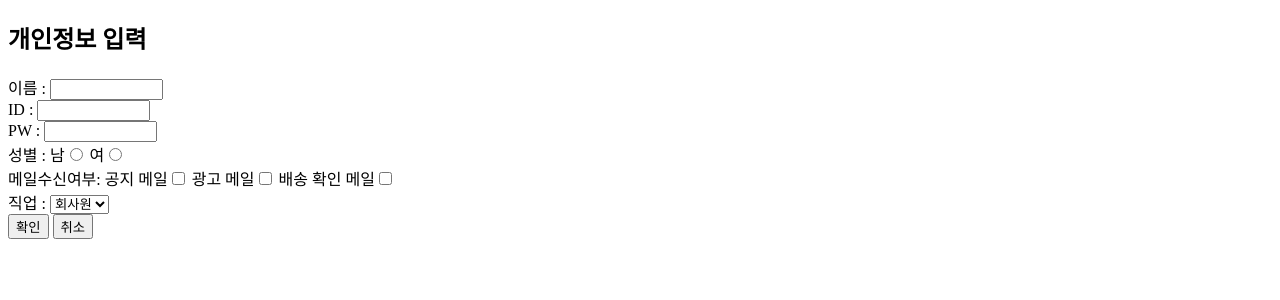
Repository: yoojinhee/JSP_study
Page: http://localhost/Test_JSP/testForm.jsp
An editor plug-in stored every save of this project. The page is shown before and after the next save, followed by the edit.
The browser window is 1280 px wide. The pictures show the whole page.
The page is served by Tomcat 9.

Above is the page before, as saved 2020-05-07 00:17:39.

After the next save:
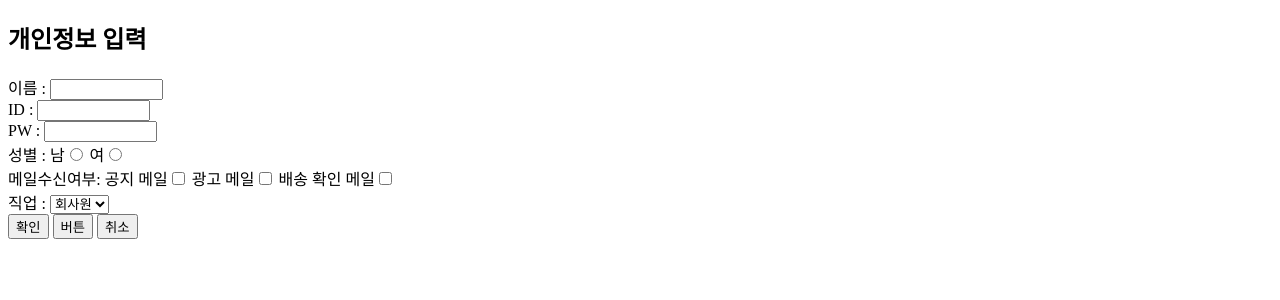
Saved 6 min 2 s later.
--- a/Project/Test_JSP/WebContent/testForm.jsp
+++ b/Project/Test_JSP/WebContent/testForm.jsp
@@ -29,6 +29,9 @@
 </select>
 <br>
 <input type="submit" value="확인">
+<!-- form의 action 경로로 가라 -->
+<input type="button" value="버튼">
+<!-- 다른 페이지로 넘어가지 않을 경우(유효성 검사) -->
 <input type="reset" value="취소">
 </form>
 </body>
